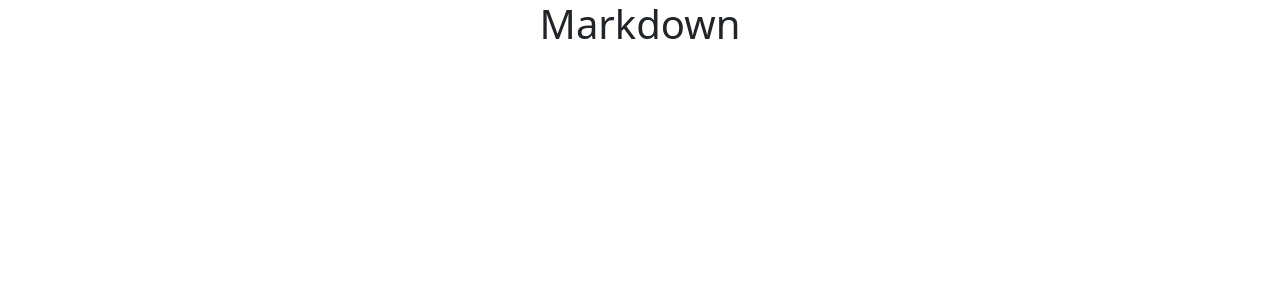
Repository: MikeeBuilds/markdownpreviewer
Page: index.html
These files come from the project's save history. The page is drawn as it stood at one moment and after a run of saves; the edit follows.
The browser window is 1280 px wide. The pictures show the whole page.

Above is the page before, as saved 2023-04-15 14:17:23.

### index.html
<!DOCTYPE html>
<html lang="en">
  <head>
    <meta charset="UTF-8" />
    <meta http-equiv="X-UA-Compatible" content="IE=edge" />
    <meta name="viewport" content="width=device-width, initial-scale=1.0" />
    <link rel="stylesheet" href="https://cdnjs.cloudflare.com/ajax/libs/twitter-bootstrap/5.2.3/css/bootstrap.min.css"/>
    <link rel="stylesheet" href="./style.css" />
    <script
      crossorigin
      src="https://unpkg.com/react@16/umd/react.development.js"
    ></script>
    <script
      crossorigin
      src="https://unpkg.com/react-dom@16/umd/react-dom.development.js"
    ></script>
    <script src="https://unpkg.com/@babel/standalone/babel.min.js"></script>
    <title>Markdown Previewer</title>
  </head>
  <body>
    <div id="root"></div>
    <script type="text/babel" src="./index.js"></script>
  </body>
</html>

### index.js
function App() {
    return (
        <div className="text-center px-4">
            <h1 className="text-4xl font-bold">Markdown </h1>
        </div>

    )
}




ReactDOM.render(<App />, document.getElementById('root'));

Loaded but not shown: style.css (no stored copy; drawn as an empty file)

After the next 2 saves:
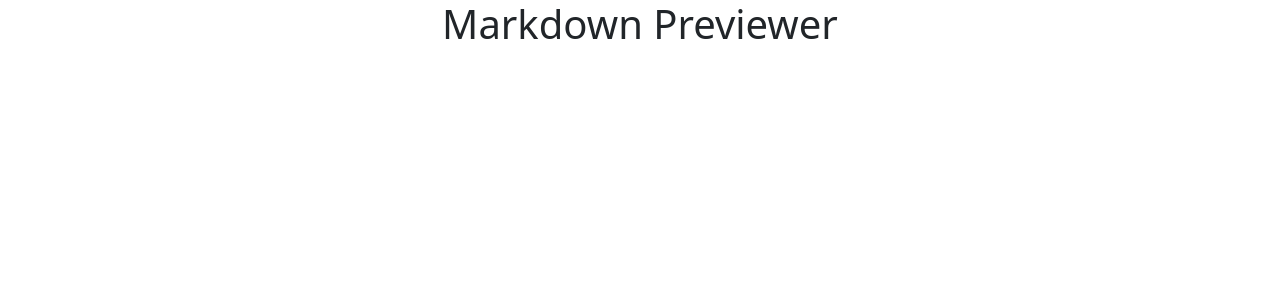
The 2 saves are shown as one change because they came seconds apart.
The last was saved 6 s later.
--- a/index.js
+++ b/index.js
@@ -1,7 +1,7 @@
 function App() {
     return (
         <div className="text-center px-4">
-            <h1 className="text-4xl font-bold">Markdown </h1>
+            <h1 className="text-4xl font-bold">Markdown Previewer</h1>
         </div>
 
     )
